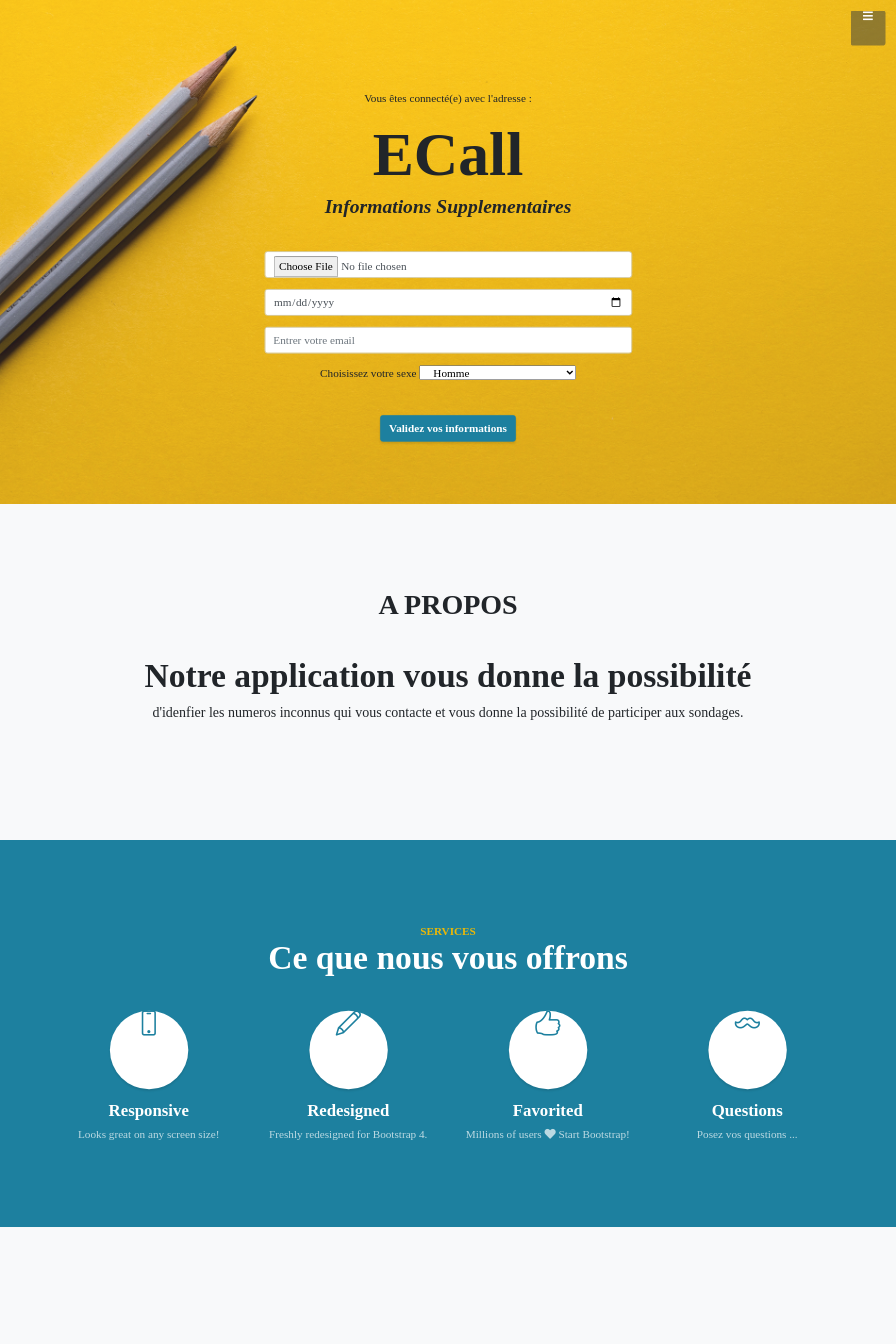
Repository: marco667/E-Callers
Page: http://localhost/E-Call/InfosSupplements
An editor plug-in stored every save of this project. The page is shown before and after the next save, followed by the edit.
The browser window is 1280 px wide. The pictures show the part of the page from y = 0 to 1920 px (the page is 3387 px tall), at 70% of full size.
Some web fonts or font styles are not loaded; a fallback is used. The page is served by Tomcat 9. Other server files are loaded and not shown.

Above is the page before, as saved 2019-06-28 18:01:52.

### E-Call/WebContent/WEB-INF/formulaire.jsp
<%@ page language="java" contentType="text/html; charset=UTF-8"
    pageEncoding="UTF-8"%>
<!DOCTYPE html PUBLIC "-//W3C//DTD HTML 4.01 Transitional//EN" "http://www.w3.org/TR/html4/loose.dtd">
<html lang="fr">

<head>

  <meta charset="utf-8">
  <meta name="viewport" content="width=device-width, initial-scale=1, shrink-to-fit=no">
  <meta name="description" content="E-Callers">
  <meta name="author" content="Bilounga Abomo Marcelin">

  <title>ECall</title>

  <!-- Bootstrap Core CSS -->
  <link href="vendor/bootstrap/css/bootstrap.min.css" rel="stylesheet">

  <!-- Custom Fonts -->
  <link href="vendor/fontawesome-free/css/all.min.css" rel="stylesheet" type="text/css">
  <link href="https://fonts.googleapis.com/css?family=Source+Sans+Pro:300,400,700,300italic,400italic,700italic" rel="stylesheet" type="text/css">
  <link href="vendor/simple-line-icons/css/simple-line-icons.css" rel="stylesheet">

  <!-- Custom CSS -->
  <link href="css/stylish-portfolio.min.css" rel="stylesheet">

</head>

<body id="page-top">

  <!-- Navigation -->
  <a class="menu-toggle rounded" href="#">
    <i class="fas fa-bars"></i>
  </a>
  <nav id="sidebar-wrapper">
    <ul class="sidebar-nav">
      <li class="sidebar-brand">
        <a class="js-scroll-trigger" href="/E-Call/Restriction">
        ${sessionScope.sessionUtilisateur.username}
         ${sessionScope.sessionUtilisateur.num_tel}
      </a>
      </li>
      <li class="sidebar-nav-item">
        <a class="js-scroll-trigger" href="#about">A Propos</a>
      </li>
      <li class="sidebar-nav-item">
        <a class="js-scroll-trigger" href="#Download">Telecharger</a>
      </li>
      <li class="sidebar-nav-item">
        <a class="js-scroll-trigger" href="#services">Services</a>
      </li>
      <li class="sidebar-nav-item">
        <a class="js-scroll-trigger" href="#contact">Contact</a>
      </li>
      <li class="sidebar-nav-item">
        <a class="js-scroll-trigger" href="#sondages">Notre blog</a>
      </li>
      <li class="sidebar-nav-item">
        <a class="js-scroll-trigger" href="/E-Call//Deconnexion">Deconnexion</a>
      </li>
    </ul>
  </nav>

  <!-- Header -->
  <header class="masthead d-flex">
    <div class="container text-center my-auto">
    <%-- Vérification de la présence d'un objet utilisateur en session --%>
         <c:if test="${!empty sessionScope.sessionUtilisateur}">
    		<%-- Si l'utilisateur existe en session, alors on affiche son nom et son tel. --%>
           <p class="succes">Vous êtes connecté(e) avec l'adresse : ${sessionScope.sessionUtilisateur.username}  ${sessionScope.sessionUtilisateur.num_tel}</p>
         </c:if>

      <h1 class="mb-1">ECall</h1>
      <h3 class="mb-5">
        <em> Informations Supplementaires </em>
      </h3>
      <div class = "form-group">

      		<form class= "form-horizontal" role="form" method="post" action="InfosSuppl" enctype="multipart/form-data" >
      		 <fieldset>
	               <div class = "form-group">
	        			<div class="col-lg-6 mx-auto">
	        				<input type="file" class="form-control" name="photoUser" id="file" placeholder="">
	        				<span class="erreur">${form.erreurs['photoUser']}</span>
	        			</div>
	        		</div>
	        		<div class = "form-group">
	        			<div class="col-lg-6 mx-auto">
	        				<input type="date" class="form-control" name="dateNaiss" id="date" placeholder="Entrer votre date de naissance">
	        				<span class="erreur">${form.erreurs['dateNaiss']}</span>
	        			</div>
	        		</div>
	        		<div class = "form-group">
	        			<div class="col-lg-6 mx-auto">
	        				<input type="email" class="form-control" name="email" id="email" placeholder="Entrer votre email">
	        				<span class="erreur">${form.erreurs['email']}</span>
	        			</div>
	        		</div>
	        		<div class = "form-group">
	        			<div class="col-lg-10 mx-auto">
	        				<label>Choisissez votre sexe </label>
	        				<select class="col-lg-3 mx-auto" name="sexe" id="sexe" >
	        					<option>Homme</option>
	        					<option>Femme</option>
	        				</select>
	        				<span class="erreur">${form.erreurs['sexe']}</span>
	        			</div>
	        		</div>
	        		<br>
	        		<button type="submit" class="btn btn-primary">Validez vos informations</button>
	        		<p class="${empty form.erreurs ? 'succes' : 'erreur'}" style="color:red;">${form.resultat}</p>
	        		<c:if test="${!empty erreur}"><p style="color:red;"><c:out value="${erreur}"/></p></c:if>
        	</fieldset>
          </form>

    </div>
    <div class="overlay"></div>
  </header>

   <!-- about -->
   <section class="content-section bg-light" id="about">
   	<div class="container text-center">
   		<h1 class="mx-auto mb-5">A PROPOS</h1>
      <div class="content-section-heading">
        <div class="row">
          <div class="col-lg-10 mx-auto">
            <h2>Notre application vous donne la possibilité</h2>
            <p class="lead mb-5"> d'idenfier les numeros inconnus
            qui vous contacte et vous donne la possibilité de participer aux sondages.
            </p>
          </div>
        </div>
      </div>
    </div>
   </section>

  <!-- Services -->
  <section class="content-section bg-primary text-white text-center" id="services">
    <div class="container">
      <div class="content-section-heading">
        <h3 class="text-secondary mb-0">Services</h3>
        <h2 class="mb-5">Ce que nous vous offrons</h2>
      </div>
      <div class="row">
        <div class="col-lg-3 col-md-6 mb-5 mb-lg-0">
          <span class="service-icon rounded-circle mx-auto mb-3">
            <i class="icon-screen-smartphone"></i>
          </span>
          <h4>
            <strong>Responsive</strong>
          </h4>
          <p class="text-faded mb-0">Looks great on any screen size!</p>
        </div>
        <div class="col-lg-3 col-md-6 mb-5 mb-lg-0">
          <span class="service-icon rounded-circle mx-auto mb-3">
            <i class="icon-pencil"></i>
          </span>
          <h4>
            <strong>Redesigned</strong>
          </h4>
          <p class="text-faded mb-0">Freshly redesigned for Bootstrap 4.</p>
        </div>
        <div class="col-lg-3 col-md-6 mb-5 mb-md-0">
          <span class="service-icon rounded-circle mx-auto mb-3">
            <i class="icon-like"></i>
          </span>
          <h4>
            <strong>Favorited</strong>
          </h4>
          <p class="text-faded mb-0">Millions of users
            <i class="fas fa-heart"></i>
            Start Bootstrap!</p>
        </div>
        <div class="col-lg-3 col-md-6">
          <span class="service-icon rounded-circle mx-auto mb-3">
            <i class="icon-mustache"></i>
          </span>
          <h4>
            <strong>Questions</strong>
          </h4>
          <p class="text-faded mb-0">Posez vos questions ...</p>
        </div>
      </div>
    </div>
  </section>

  	 <!-- Sondages -->
  <section class="content-section bg-light" id="sondages">

  </section>

  <!-- download apk android -->
  <section class="callout" id="Download">
    <div class="container text-center">
      <h2 class="mx-auto mb-5">ECall versions android ta nouvelle application securisée !</h2>
      <a class="btn btn-primary btn-xl" href="https://startbootstrap.com/template-overviews/stylish-portfolio/">Telecharger notre application android maintenant !</a>
    </div>
  </section>

   <!-- connexion -->

  <!-- contact -->
  <section class="content-section bg-primary text-white text-center" id="contact" >

  </section>

  <!-- Footer -->
  <footer class="footer text-center">
    <div class="container">
      <ul class="list-inline mb-5">
        <li class="list-inline-item">
          <a class="social-link rounded-circle text-white mr-3" href="">
            <i class="icon-social-facebook"></i>
          </a>
        </li>
        <li class="list-inline-item">
          <a class="social-link rounded-circle text-white mr-3" href="">
            <i class="icon-social-twitter"></i>
          </a>
        </li>
      </ul>
      <p class="text-muted small mb-0"> Copyright ECall; Votre site où vous serez securité 2019 </p>
    </div>
  </footer>

  <!-- Scroll to Top Button-->
  <a class="scroll-to-top rounded js-scroll-trigger" href="#page-top">
    <i class="fas fa-angle-up"></i>
  </a>

  <!-- Bootstrap core JavaScript -->
  <script src="vendor/jquery/jquery.min.js"></script>
  <script src="vendor/bootstrap/js/bootstrap.bundle.min.js"></script>

  <!-- Plugin JavaScript -->
  <script src="vendor/jquery-easing/jquery.easing.min.js"></script>

  <!-- Custom scripts for this template -->
  <script src="js/stylish-portfolio.min.js"></script>

</body>

</html>

### E-Call/src/org/digit/ECallers/servlets/InfosSupplements.java
package org.digit.ECallers.servlets;

import java.io.IOException;
import javax.servlet.ServletConfig;
import javax.servlet.ServletException;
import javax.servlet.annotation.WebServlet;
import javax.servlet.http.HttpServlet;
import javax.servlet.http.HttpServletRequest;
import javax.servlet.http.HttpServletResponse;
import javax.servlet.http.HttpSession;

import org.digit.ECallers.beans.InfosSuppl;
import org.digit.ECallers.beans.User;
import org.digit.ECallers.dao.DAOFactory;
import org.digit.ECallers.dao.UserDao;
import org.digit.ECallers.forms.InfosSupplementsForm;
import org.digit.ECallers.forms.InscriptionForms;

/**
 * Servlet implementation class InfosSupplements
 */

public class InfosSupplements extends HttpServlet {
	private static final long serialVersionUID = 1L;

	public static final String CHEMIN = "chemin";

	public static final String CONF_DAO_FACTORY = "daofactory";
    public static final String ATT_USER         = "utilisateur";
    public static final String ATT_FORM         = "form";
    public static final String VUE              = "/WEB-INF/formulaire.jsp";



    private UserDao     utilisateurDao;

    public void init() throws ServletException {
        /* RÃ©cupÃ©ration d'une instance de notre DAO Utilisateur */
        this.utilisateurDao = ( (DAOFactory) getServletContext().getAttribute( CONF_DAO_FACTORY ) ).getUtilisateurDao();
    }

    public void doGet( HttpServletRequest request, HttpServletResponse response ) throws ServletException, IOException {
    	/* Récupération de la session depuis la requête */
		HttpSession session = request.getSession();
        /* Affichage de la page */
        this.getServletContext().getRequestDispatcher( VUE ).forward( request, response );
    }

    public void doPost( HttpServletRequest request, HttpServletResponse response ) throws ServletException, IOException {
    	/*
         * Lecture du paramètre 'chemin' passé à la servlet via la déclaration
         * dans le web.xml
         */
        String chemin = this.getServletConfig().getInitParameter( CHEMIN );

        /* PrÃ©paration de l'objet formulaire */
    	InfosSupplementsForm form = new InfosSupplementsForm( utilisateurDao );

        /* Traitement de la requÃªte et rÃ©cupÃ©ration du bean en rÃ©sultant */
        InfosSuppl infosUser = form.InfosSupplements( request, chemin );

        /* Stockage du formulaire et du bean dans l'objet request */
        request.setAttribute( ATT_FORM, form );
        request.setAttribute( ATT_USER, infosUser );

        this.getServletContext().getRequestDispatcher( VUE ).forward( request, response );
    }

}

### E-Call/src/org/digit/ECallers/dao/UserDaoImpl.java
package org.digit.ECallers.dao;

import java.sql.ResultSet;
import java.sql.SQLException;

import static org.digit.ECallers.dao.DAOUtilitaire.*;

import org.digit.ECallers.beans.Contact;
import org.digit.ECallers.beans.InfosSuppl;
import org.digit.ECallers.beans.User;

import com.mysql.jdbc.Connection;
import com.mysql.jdbc.PreparedStatement;



public class UserDaoImpl implements UserDao {

	 private DAOFactory          daoFactory;

	 UserDaoImpl( DAOFactory daoFactory ) {
	        this.daoFactory = daoFactory;
	    }

	 /*
	  * Simple mÃ©thode utilitaire permettant de faire la correspondance (le
	  * mapping) entre une ligne issue de la table des utilisateurs (un
	  * ResultSet) et un bean Utilisateur.
	  */
	 private static User map( ResultSet resultSet ) throws SQLException {
	     User utilisateur = new User();
	     utilisateur.setId_user( resultSet.getLong( "id_user" ) );
	     utilisateur.setUsername( resultSet.getString( "username" ) );
	     utilisateur.setSurname( resultSet.getString( "surname" ) );
	     utilisateur.setNum_tel( resultSet.getString( "num_tel" ) );
	     return utilisateur;
	 }


	 private static final String SQL_INSERT1 = "INSERT INTO user (username, surname, num_tel) VALUES (?, ?, ?)";

	@Override
	public void create(User utilisateur) throws IllegalArgumentException, DAOException {
		// TODO Auto-generated method stub
		 Connection connexion = null;
		 PreparedStatement preparedStatement = null;
		 ResultSet valeursAutoGenerees = null;

		    try {
		        /* RÃ©cupÃ©ration d'une connexion depuis la Factory */
		        connexion = (Connection) daoFactory.getConnection();
		        preparedStatement = (PreparedStatement) initialisationRequetePreparee( connexion, SQL_INSERT1, true, utilisateur.getUsername(), utilisateur.getSurname(), utilisateur.getNum_tel() );
		        int statut = preparedStatement.executeUpdate();
		        /* Analyse du statut retournÃ© par la requÃªte d'insertion */
		        if ( statut == 0 ) {
		            throw new DAOException( "Ã‰chec de la crÃ©ation de l'utilisateur, aucune ligne ajoutÃ©e dans la table." );
		        }
		        /* RÃ©cupÃ©ration de l'id auto-gÃ©nÃ©rÃ© par la requÃªte d'insertion */
		        valeursAutoGenerees = preparedStatement.getGeneratedKeys();
		        if ( valeursAutoGenerees.next() ) {
		            /* Puis initialisation de la propriÃ©tÃ© id du bean Utilisateur avec sa valeur */
		            utilisateur.setId_user( valeursAutoGenerees.getLong( 1 ) );
		        } else {
		            throw new DAOException( "Ã‰chec de la crÃ©ation de l'utilisateur en base, aucun ID auto-gÃ©nÃ©rÃ© retournÃ©." );
		        }
		    } catch ( SQLException e ) {
		        throw new DAOException( e );
		    } finally {
		        fermeturesSilencieuses( valeursAutoGenerees, preparedStatement, connexion );
		    }


	}

	private static final String SQL_INSERT2 = "INSERT INTO contact (nomContact, prenomContact, telContact) VALUES (?, ?, ?)";

	@Override
	public void createContact(String nomContact, String prenomContact, String numcontact) throws DAOException {
		// TODO Auto-generated method stub
		// TODO Auto-generated method stub
				 Connection connexion = null;
				 PreparedStatement preparedStatement = null;
				 ResultSet valeursAutoGenerees = null;

				    try {
				        /* RÃ©cupÃ©ration d'une connexion depuis la Factory */
				        connexion = (Connection) daoFactory.getConnection();
				        preparedStatement = (PreparedStatement) initialisationRequetePreparee( connexion, SQL_INSERT2, true, nomContact, prenomContact, numcontact );
				        int statut = preparedStatement.executeUpdate();
				        /* Analyse du statut retournÃ© par la requÃªte d'insertion */
				        if ( statut == 0 ) {
				            throw new DAOException( "Ã‰chec de creation du contact." );
				        }

				    } catch ( SQLException e ) {
				        throw new DAOException( e );
				    } finally {
				        fermeturesSilencieuses( valeursAutoGenerees, preparedStatement, connexion );
				    }

	}

	private static final String SQL_INSERT3 = "INSERT INTO infossuppl (photoUser, dateNaiss, email, sexe) VALUES (?, ?, ?, ?)";

	@Override
	public void addInfosByuser(InfosSuppl infosUser) throws DAOException {
		// TODO Auto-generated method stub
		// TODO Auto-generated method stub
				 Connection connexion = null;
				 PreparedStatement preparedStatement = null;
				 ResultSet valeursAutoGenerees = null;

				    try {
				        /* RÃ©cupÃ©ration d'une connexion depuis la Factory */
				        connexion = (Connection) daoFactory.getConnection();
				        preparedStatement = (PreparedStatement) initialisationRequetePreparee( connexion, SQL_INSERT3, true, infosUser.getPhotoUser(), infosUser.getDateNaiss(), infosUser.getEmail(),  infosUser.getSexe() );
				        int statut = preparedStatement.executeUpdate();
				        /* Analyse du statut retournÃ© par la requÃªte d'insertion */
				        if ( statut == 0 ) {
				            throw new DAOException( "Echec d'ajout d'informations." );
				        }

				    } catch ( SQLException e ) {
				        throw new DAOException( e );
				    } finally {
				        fermeturesSilencieuses( valeursAutoGenerees, preparedStatement, connexion );
				    }

	}

	 private static final String SQL_SELECT_PAR_NUMERO_USER = "SELECT id_user, username, surname, num_tel FROM user WHERE username = ? AND num_tel = ?";

	@Override
	public User search( String username, String num_tel) throws DAOException {
		// TODO Auto-generated method stub
		/* Implémentation de la méthode définie dans l'interface UtilisateurDao */

		    Connection connexion = null;
		    PreparedStatement preparedStatement = null;
		    ResultSet resultSet = null;
		    User utilisateur = null;


		    try {
		        /* Récupération d'une connexion depuis la Factory */
		        connexion = (Connection) daoFactory.getConnection();
		        preparedStatement = (PreparedStatement) initialisationRequetePreparee( connexion, SQL_SELECT_PAR_NUMERO_USER, false, username, num_tel );
		        resultSet = preparedStatement.executeQuery();
		        /* Parcours de la ligne de données de l'éventuel ResulSet retourné */
		        if ( resultSet.next() ) {
		            utilisateur = map( resultSet );
		        }else {
		        	throw new DAOException( "Utilisateur inconnu." );
		        }
		    } catch ( SQLException e ) {
		        throw new DAOException( e );
		    } finally {
		        fermeturesSilencieuses( resultSet, preparedStatement, connexion );
		    }

		    return utilisateur;

	}



    private static final String SQL_SELECT_PAR_NUMERO = "SELECT id_contact, nomContact, prenomContact, telContact FROM contact WHERE telContact = ?";



    private static Contact map1( ResultSet resultSet ) throws SQLException {
   	     Contact contact = new Contact();
   	     contact.setId_contact( resultSet.getLong( "id_contact" ) );
   	     contact.setNomContact( resultSet.getString( "nomContact" ) );
   	     contact.setPrenomContact( resultSet.getString( "prenomContact" ) );
   	     contact.setNumcontact( resultSet.getString( "telContact" ) );
   	     return contact;
   	 }


   @Override
   	public Contact searchContact(String telContact) throws DAOException {
   		// TODO Auto-generated method stub
   		 Connection connexion = null;
   		    PreparedStatement preparedStatement = null;
   		    ResultSet resultSet = null;
   		    Contact contact  = null;

   		    try {
   		        /* RÃ©cupÃ©ration d'une connexion depuis la Factory */
   		        connexion = (Connection) daoFactory.getConnection();
   		        preparedStatement = (PreparedStatement) initialisationRequetePreparee( connexion, SQL_SELECT_PAR_NUMERO, false, telContact );
   		        resultSet = preparedStatement.executeQuery();
   		        /* Parcours de la ligne de donnÃ©es de l'Ã©ventuel ResulSet retournÃ© */
   		        if ( resultSet.next() ) {
   		            contact = map1( resultSet );
   		        }else {
   		        	throw new DAOException( "Contact non identifié." );
   		        }
   		    } catch ( SQLException e ) {
   		        throw new DAOException( e );
   		    } finally {
   		        fermeturesSilencieuses( resultSet, preparedStatement, connexion );
   		    }

   		    return contact;

   	}



}

### E-Call/src/org/digit/ECallers/dao/DAOException.java
package org.digit.ECallers.dao;

public class DAOException extends RuntimeException {
	  /*
     * Constructeurs
     */
    public DAOException( String message ) {
        super( message );
    }

    public DAOException( String message, Throwable cause ) {
        super( message, cause );
    }

    public DAOException( Throwable cause ) {
        super( cause );
    }
}

Loaded but not shown: E-Call/WebContent/css/stylish-portfolio.min.css (library); E-Call/WebContent/js/stylish-portfolio.min.js (common file)

After the next save:
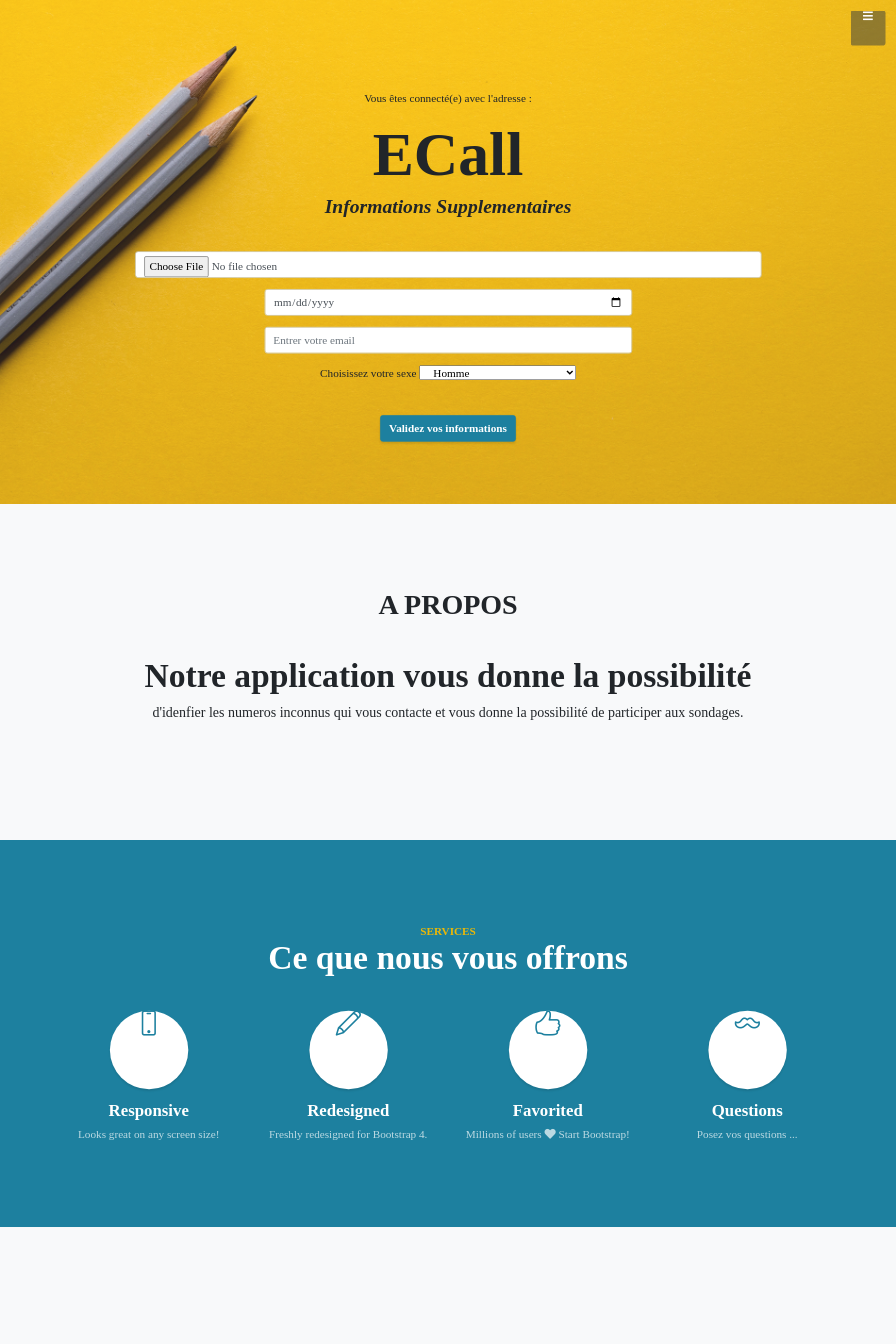
Saved 2 min 53 s later.
--- a/E-Call/WebContent/WEB-INF/formulaire.jsp
+++ b/E-Call/WebContent/WEB-INF/formulaire.jsp
@@ -78,7 +78,7 @@
       		<form class= "form-horizontal" role="form" method="post" action="InfosSuppl" enctype="multipart/form-data" >
       		 <fieldset>
 	               <div class = "form-group">
-	        			<div class="col-lg-6 mx-auto">
+	        			<div class="col-lg-10 mx-auto">
 	        				<input type="file" class="form-control" name="photoUser" id="file" placeholder="">
 	        				<span class="erreur">${form.erreurs['photoUser']}</span>
 	        			</div>
